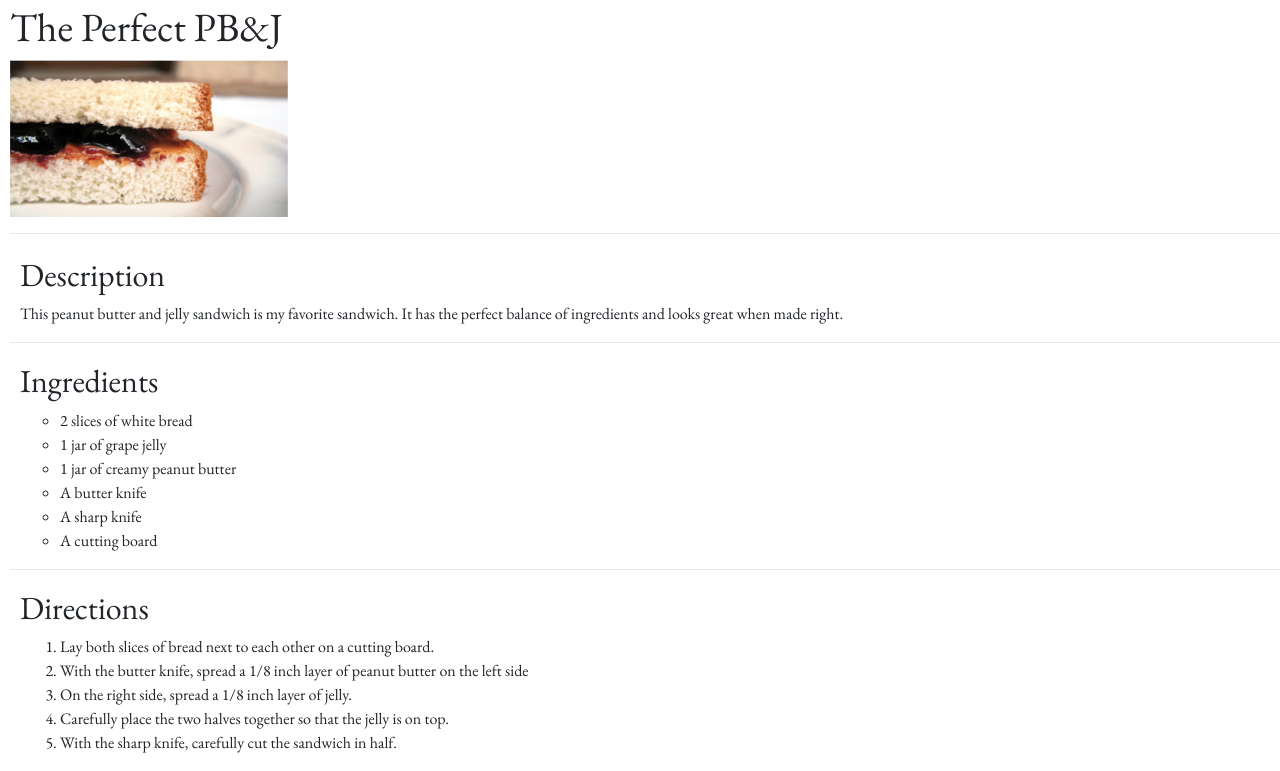
Repository: 9-5-pursuit/lab-intro-to-html
Page: recipe.html
These files come from the project's save history. The page is drawn as it stood at one moment and after the next save; the edit follows.
The browser window is 1280 px wide. The pictures show the whole page.

Above is the page before, as saved 2023-02-28 09:37:15.

### recipe.html
<!DOCTYPE html>
<html lang="en">
  <head>
    <meta charset="UTF-8" />
    <meta http-equiv="X-UA-Compatible" content="IE=edge" />
    <meta name="viewport" content="width=device-width, initial-scale=1.0" />
    <link
      rel="stylesheet"
      href="https://maxcdn.bootstrapcdn.com/bootstrap/4.0.0/css/bootstrap.min.css"
    />
    <title>The Perfect Sandwich</title>
    <link rel="preconnect" href="https://fonts.googleapis.com" />
    <link rel="preconnect" href="https://fonts.gstatic.com" crossorigin />
    <link
      href="https://fonts.googleapis.com/css2?family=EB+Garamond:ital,wght@0,400;1,700&display=swap"
      rel="stylesheet"
    />
    <style>
      div {
        padding-top: 3px;
        padding-left: 10px;
      }
      hr {
        padding-top: 0px;
      }
      body {
        font-family: "EB Garamond", serif;
      }
    </style>
  </head>
  <body>
    <div id="header-inner" class="header-inner">
      <h1>The Perfect PB&J</h1>
      <a href="https://www.seriouseats.com/pbj-a-serious-eats-special-rep">
        <img
          src="images/pbjSandwich.png"
          class="img-fluid"
          alt="a close-up image of a peanut butter and jelly sandwich"
        />
      </a>
      <hr />
    </div>
    <div id="content" class="content">
      <div>
        <h2>Description</h2>
        <p>
          This peanut butter and jelly sandwich is my favorite sandwich. It has
          the perfect balance of ingredients and looks great when made right.
        </p>
      </div>
      <hr />
      <div>
        <h2>Ingredients</h2>
        <ul type="circle">
          <li>2 slices of white bread</li>
          <li>1 jar of grape jelly</li>
          <li>1 jar of creamy peanut butter</li>
          <li>A butter knife</li>
          <li>A sharp knife</li>
          <li>A cutting board</li>
        </ul>
      </div>
      <hr />
      <div>
        <h2>Directions</h2>
        <ol>
          <li>
            Lay both slices of bread next to each other on a cutting board.
          </li>
          <li>
            With the butter knife, spread a 1/8 inch layer of peanut butter on
            the left side
          </li>
          <li>On the right side, spread a 1/8 inch layer of jelly.</li>
          <li>
            Carefully place the two halves together so that the jelly is on top.
          </li>
          <li>With the sharp knife, carefully cut the sandwich in half.</li>
        </ol>
      </div>
    </div>
  </body>
</html>

After the next save:
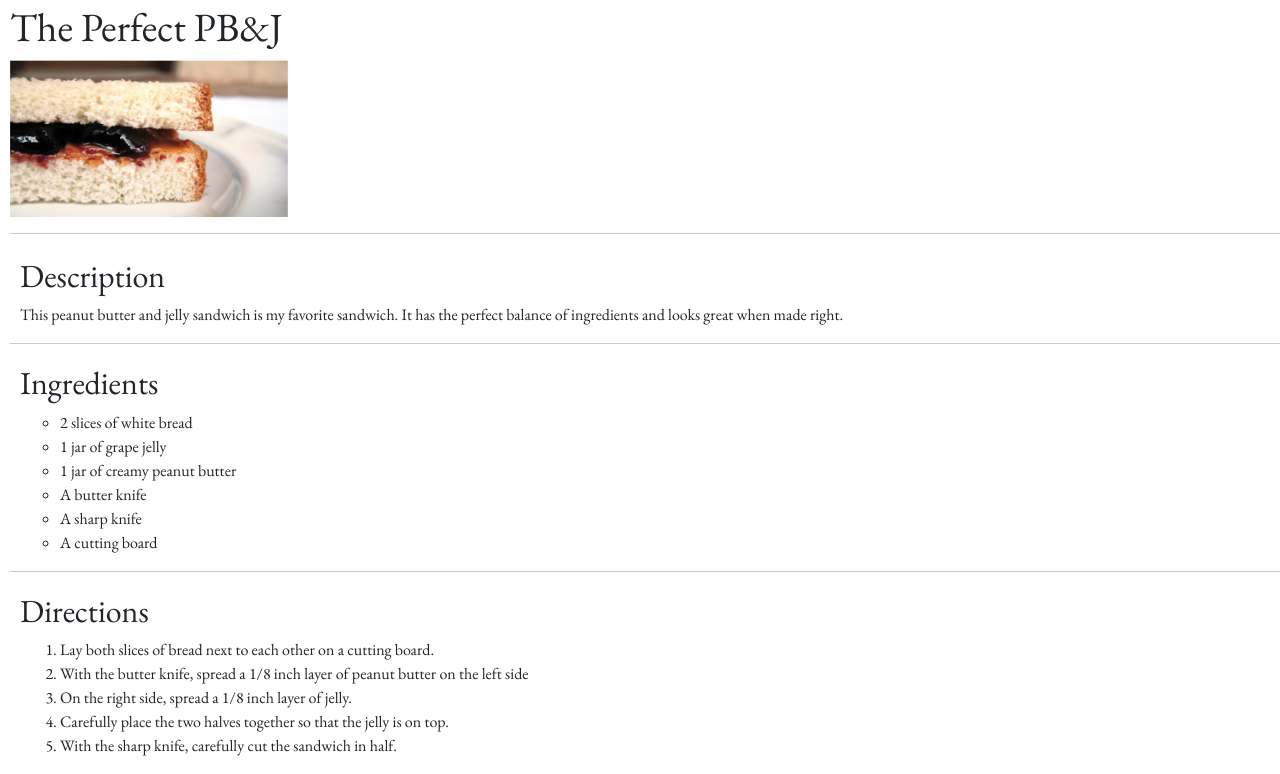
Saved 2 min 19 s later.
--- a/recipe.html
+++ b/recipe.html
@@ -21,8 +21,13 @@
         padding-left: 10px;
       }
       hr {
-        padding-top: 0px;
-      }
+    display: block;
+    height: 1px;
+    border: 0;
+    border-top: 1px solid #ccc;
+    margin: 1em 0;
+    padding: 0;
+}
       body {
         font-family: "EB Garamond", serif;
       }

After the 6 saves that followed:
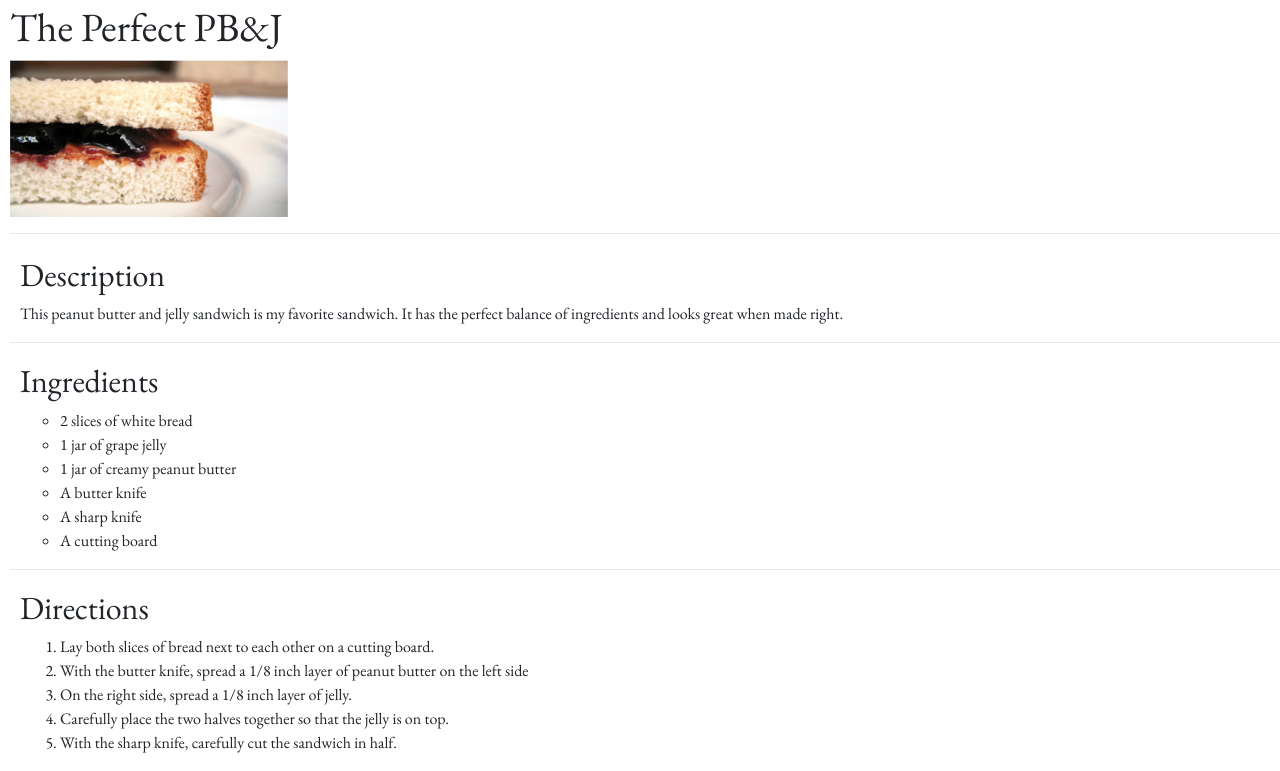
The 6 saves are shown as one change because 4 left the picture as it was and some came seconds apart.
The last was saved 2 min 2 s later.
--- a/recipe.html
+++ b/recipe.html
@@ -20,14 +20,6 @@
         padding-top: 3px;
         padding-left: 10px;
       }
-      hr {
-    display: block;
-    height: 1px;
-    border: 0;
-    border-top: 1px solid #ccc;
-    margin: 1em 0;
-    padding: 0;
-}
       body {
         font-family: "EB Garamond", serif;
       }
